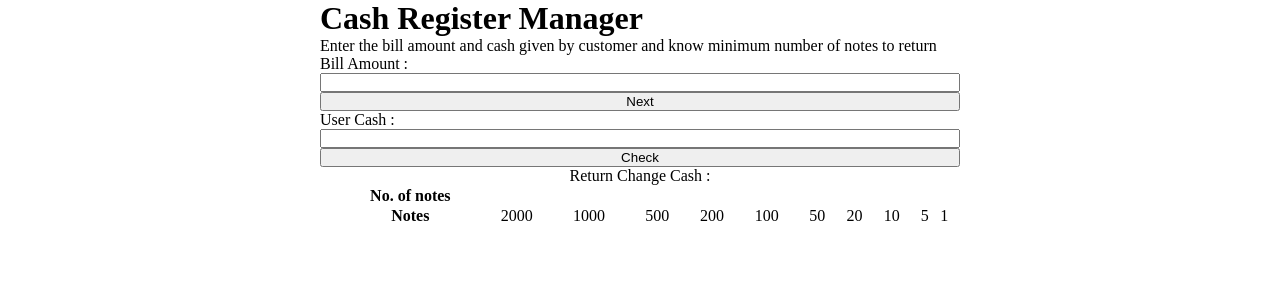
Repository: patelamancode/Cash-register-manager-app
Page: index.html
An editor plug-in stored every save of this project. The page is shown before and after the next save, followed by the edit.
The browser window is 1280 px wide. The pictures show the whole page.

Above is the page before, as saved 2022-11-17 15:30:03.

### index.html
<!DOCTYPE html>
<html lang="en">

<head>
    <meta charset="UTF-8">
    <meta http-equiv="X-UA-Compatible" content="IE=edge">
    <meta name="viewport" content="width=device-width, initial-scale=1.0">
    <link rel="stylesheet" href="index.css">
    <title>Cash register app</title>
</head>

<body>
    <div id="main-container">
        <h1 class="heading">Cash Register Manager</h1>
        <p id="description">Enter the bill amount and cash given by customer
            and know minimum number of notes to return
        </p>
        <label for="Bill-amount">Bill Amount :</label>
        <input type="text" id="bill-amount">
        <button id="next-btn">Next</button>
        <label for="Cash-amount" class="cash-section">User Cash :</label>
        <input type="text" id="cash-amount">
        <button class="check-btn">Check</button>
        <p class="error-message"></p>
        <table class="change-cash">
            <caption>Return Change Cash :</caption>
            <tr>
                <th>No. of notes</th>
                <td class="notes-number"></td>
                <td class="notes-number"></td>
                <td class="notes-number"></td>
                <td class="notes-number"></td>
                <td class="notes-number"></td>
                <td class="notes-number"></td>
                <td class="notes-number"></td>
                <td class="notes-number"></td>
                <td class="notes-number"></td>
                <td class="notes-number"></td>
            </tr>
            <tr>
                <th>Notes</th>
                <td>2000</td>
                <td>1000</td>
                <td>500</td>
                <td>200</td>
                <td>100</td>
                <td>50</td>
                <td>20</td>
                <td>10</td>
                <td>5</td>
                <td>1</td>
            </tr>
        </table>
    </div>

    <script src="index.js"></script>
</body>

</html>

### index.css
*{
    margin: 0;
    padding: 0;
}

#main-container{
    display: flex;
    flex-direction: column;
    width: 50vw;
    margin: auto;
}

### index.js
// document.querySelector('.check-btn').addEventListener('click', function(){
//     console.log("Check button is clicked")
// })

const billAmount = document.querySelector('#bill-amount');
const cashAmount = document.querySelector('#cash-amount');
const checkButton = document.querySelector('.check-btn');
const errorMessage = document.querySelector('.error-message');
const notesDisplay = document.querySelectorAll('.notes-number');
const cashLabel = document.querySelector('.cash-section');
const tableContent = document.querySelector('table');
const nextButton = document.querySelector('#next-btn');

// Testing console values for all inputs
// checkButton.addEventListener('click', function(){
//     console.log(cashAmount.value);
// })

cashLabel.style.display = "hidden";



const displayContent = function(){

}

const displayErrorMessage = function (message) {
    errorMessage.style.display = "block";
    errorMessage.style.backgroundColor = "red";
    errorMessage.innerText = message;
}
const hideErrorMessage = function(){
    errorMessage.style.display = "none";

}

const notesArray = [2000, 1000, 500, 200, 100, 50, 20, 10, 5, 1];


checkButton.addEventListener('click', function amountValidation() {
    hideErrorMessage();

    if (billAmount.value > 0) {
        if(cashAmount.value > billAmount.value){
            const returnAmount = cashAmount.value - billAmount.value;
            numberOfNotesGiven(returnAmount);
        }
        else{
            displayErrorMessage("Invalid Cash value as per Bill amount");
        }
    }
    else {
        displayErrorMessage("Please make sure input bill amount must be positive and non-zero value");
    }
})

const numberOfNotesGiven = function(returnAmount){
    for(let i=0; i< notesArray.length; i++){
        let notesCount = Math.trunc(returnAmount/notesArray[i]);
        returnAmount = returnAmount%notesArray[i];
        notesDisplay[i].innerText = notesCount;
    }
}

// 1550

After the next save:
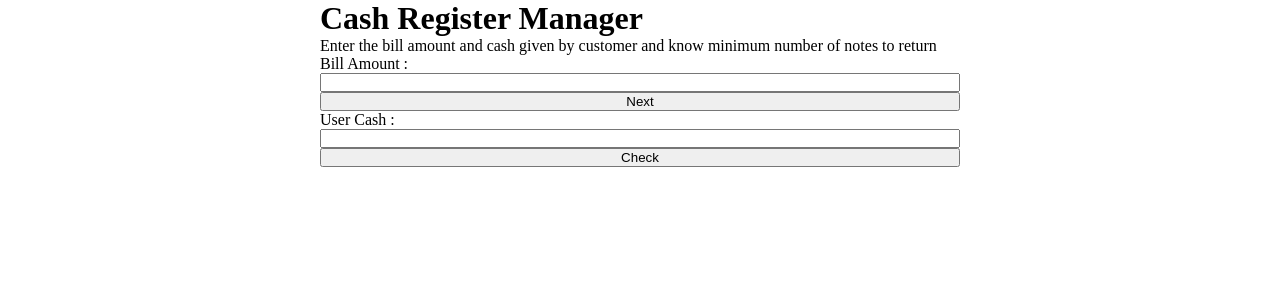
Saved 15 min 0 s later.
--- a/index.js
+++ b/index.js
@@ -7,6 +7,7 @@ const cashAmount = document.querySelector('#cash-amount');
 const checkButton = document.querySelector('.check-btn');
 const errorMessage = document.querySelector('.error-message');
 const notesDisplay = document.querySelectorAll('.notes-number');
+
 const cashLabel = document.querySelector('.cash-section');
 const tableContent = document.querySelector('table');
 const nextButton = document.querySelector('#next-btn');
@@ -15,14 +16,13 @@ const nextButton = document.querySelector('#next-btn');
 // checkButton.addEventListener('click', function(){
 //     console.log(cashAmount.value);
 // })
+tableContent.style.display = "none";
 
-cashLabel.style.display = "hidden";
+nextButton.addEventListener('click', function(){
+    tableContent.style.display = "block";
+})
 
 
-
-const displayContent = function(){
-
-}
 
 const displayErrorMessage = function (message) {
     errorMessage.style.display = "block";
